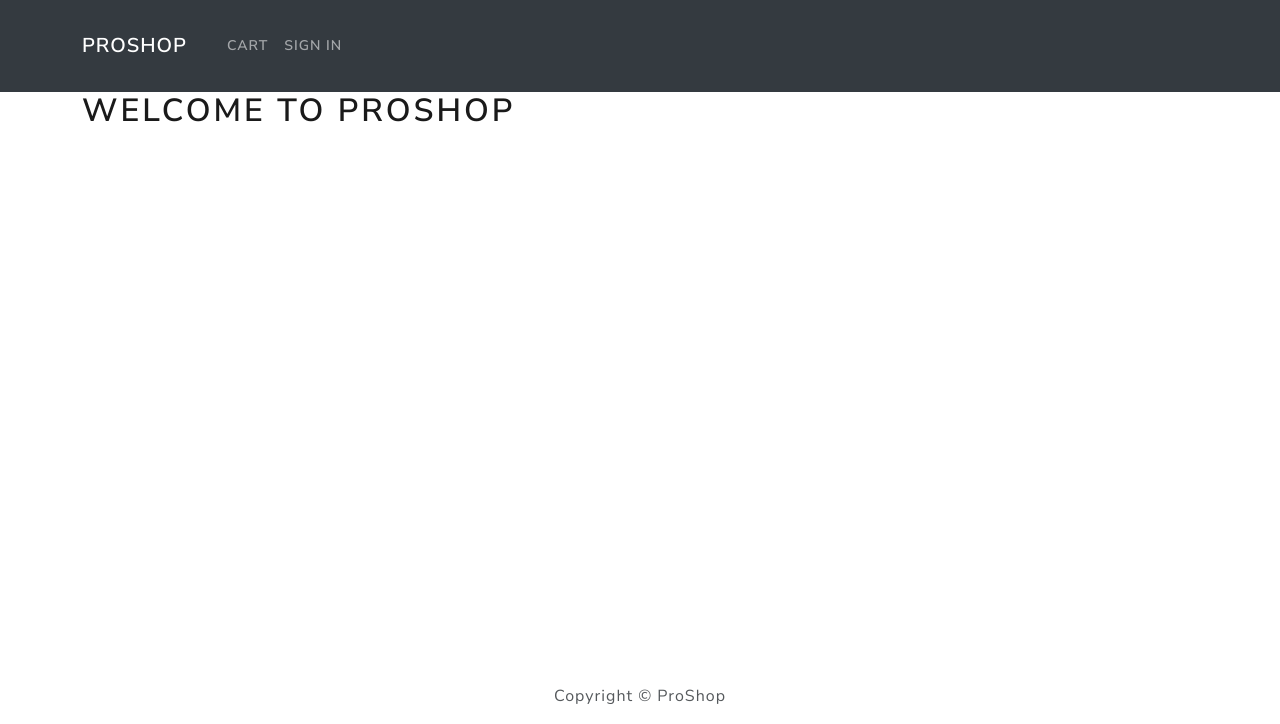
Repository: KarnoSarker/ProShop
Page: / (app in frontend/)
The author's editor kept a copy of each file at every save. The page is drawn from the files as they stood at one save, then again after the next save.
The browser window is 1280 px wide. The pictures show the whole page.
The project was rebuilt for these pictures with package versions that can differ from the ones it lists, and the page was loaded fresh each time.

Above is the page before, as saved 2022-09-03 16:30:02.

After the next save:
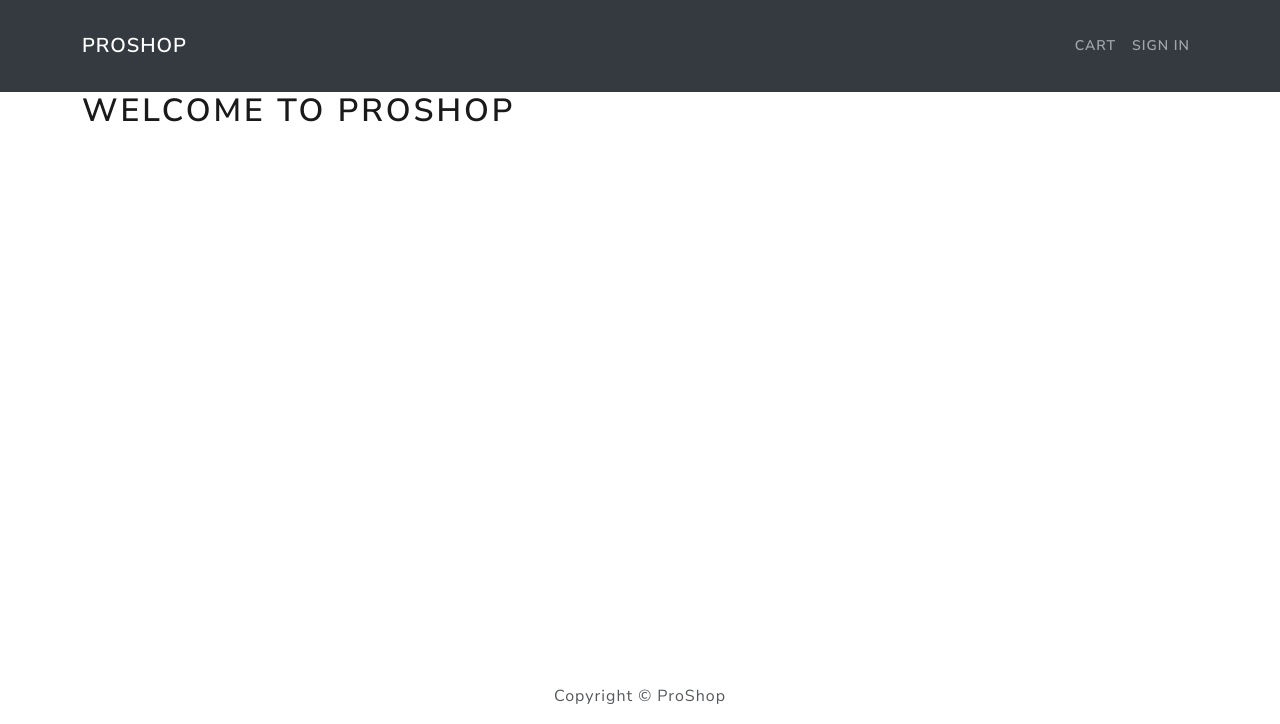
Saved 65 s later.
--- a/frontend/src/components/Header.js
+++ b/frontend/src/components/Header.js
@@ -8,7 +8,7 @@
         <Navbar.Brand href='/'>ProShop</Navbar.Brand>
         <Navbar.Toggle aria-controls='basic-navbar-nav' />
         <Navbar.Collapse id='basic-navbar-nav'>
-          <Nav className='my-auto'>
+          <Nav className='ms-auto'>
             <Nav.Link href='/cart'>Cart</Nav.Link>
             <Nav.Link href='/login'>Sign In</Nav.Link>
           </Nav>
